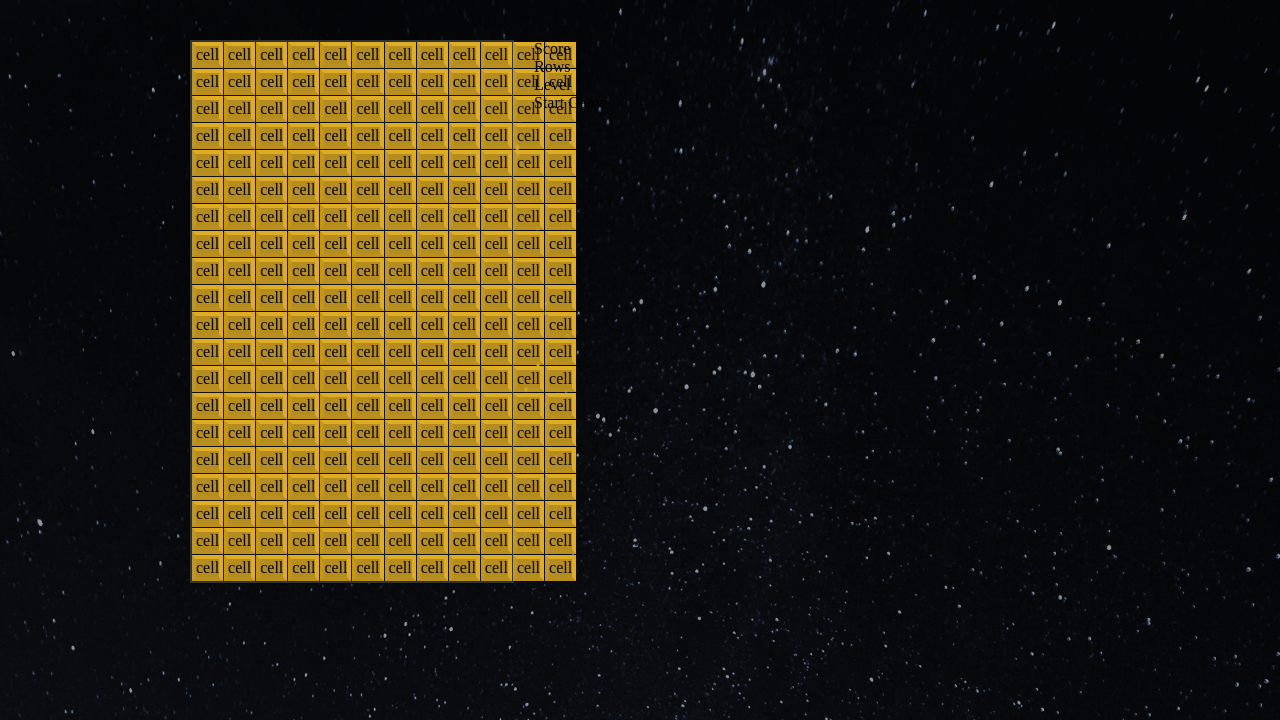
Repository: dpeshevski/reack-hooks-tetris
Page: /
The author's editor kept a copy of each file at every save. The page is drawn from the files as they stood at one save, then again after the next save.
The browser window is 1280 px wide. The pictures show the whole page.
The project was rebuilt for these pictures with package versions that can differ from the ones it lists, and the page was loaded fresh each time.

Above is the page before, as saved 2020-11-21 22:40:59.

After the next save:
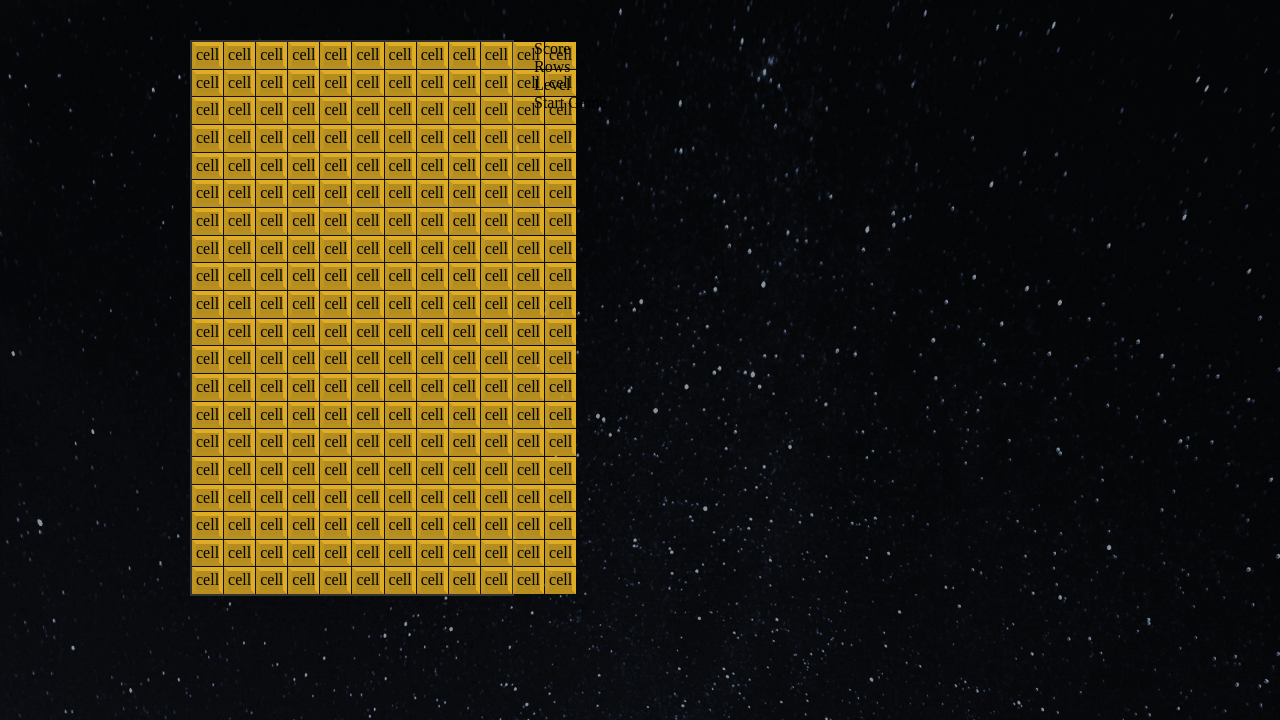
Saved 74 s later.
--- a/src/components/styles/StyledStage.js
+++ b/src/components/styles/StyledStage.js
@@ -2,11 +2,11 @@ import styled from 'styled-components';
 
 export const StyledStage = styled.div`
   display: grid;
-  grid-template-rows: repeat(${props => props.header}, calc(25vw / ${props => props.width}));
+  grid-template-rows: repeat(${props => props.height}, calc(25vw / ${props => props.width}));
   grid-template-columns: repeat(${props => props.width}, 1fr);
   grid-gap: 1px;
   border: 2px solid #333;
   width: 100%;
   max-width: 25vw;
   background: #111;
-`
+`;
